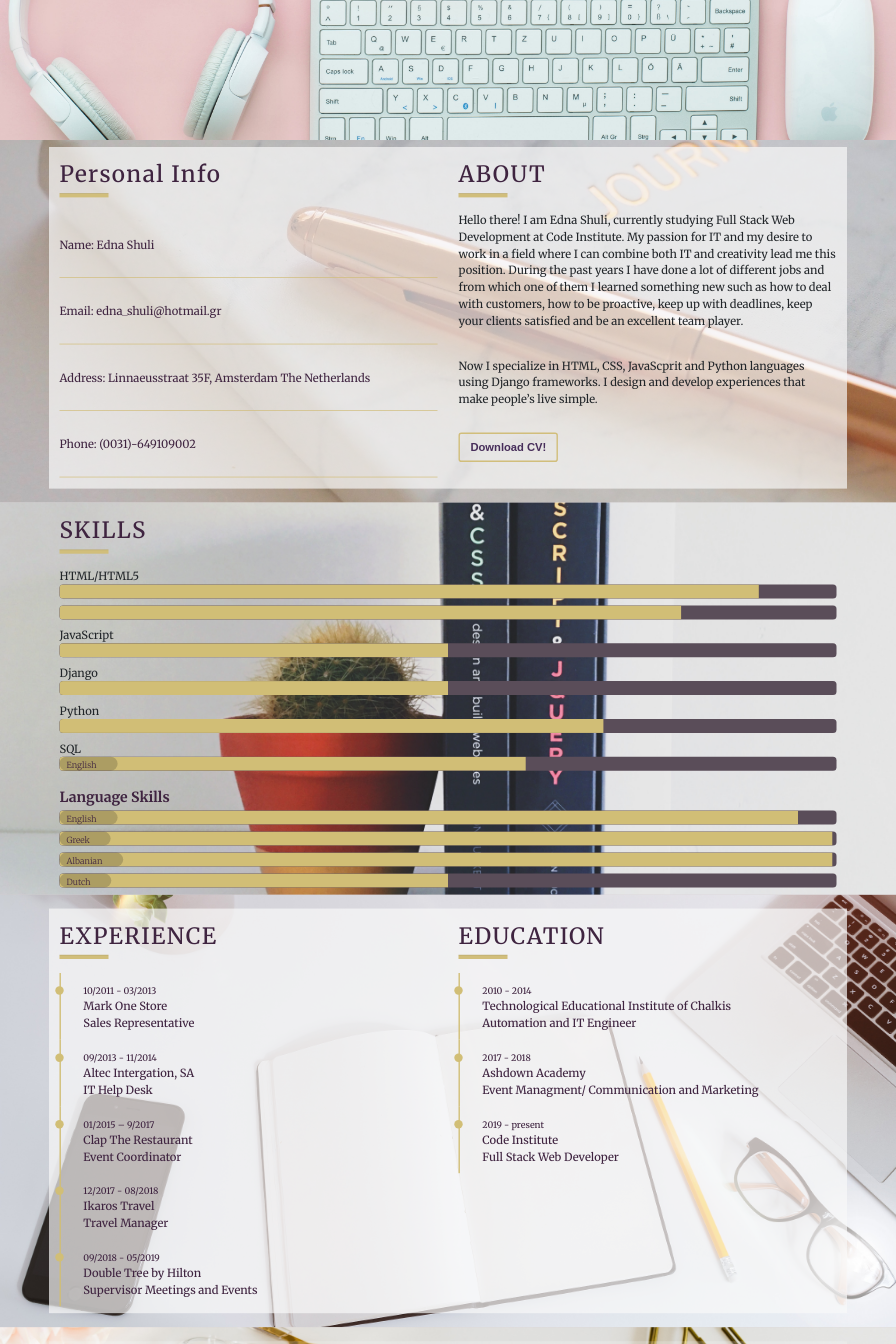
Repository: edshuli/Portfolio
Page: index.html
The author's editor kept a record of every edit. The page is drawn from the files as they stood at one moment, then again after the next edit.
The browser window is 1280 px wide. The pictures show the part of the page from y = 520 to 2440 px (the page is 3008 px tall), at 70% of full size.
Backgrounds fixed to the window are drawn as part of the page. Some web fonts or font styles are not loaded; a fallback is used.

Above is the page before.

### index.html
<!DOCTYPE html>
<html lang="en">

<head>
    <meta charset="UTF-8">
    <meta name="viewport" content="width=device-width, initial-scale=1.0">
    <meta http-equiv="X-UA-Compatible" content="ie=edge">
    <link rel="stylesheet" href="https://stackpath.bootstrapcdn.com/bootstrap/4.3.1/css/bootstrap.min.css" type="text/css" />
    <link rel="stylesheet" href="https://maxcdn.bootstrapcdn.com/font-awesome/4.7.0/css/font-awesome.min.css" type="text/css" />
    <link rel="stylesheet" href="https://cdnjs.cloudflare.com/ajax/libs/hover.css/2.3.1/css/hover-min.css" type="text/css" />
    <link rel="stylesheet" href="assets/css/style.css" type="text/css" />
    <title>Edna Shuli - Full Stack Web Developer</title>
</head>

<body>
    <!-- NAVBAR -->
    <div class="container-fluid navbar-menu">
        <div class="row">
            <div class="col-12">
                <!-- NAVBAR -->
                <nav class="navbar navbar-expand-sm fixed-top navbar-light ">
                    <a href="index.html" class="navbar-brand">Ed.Sh</a>
                    <button class="navbar-toggler" type="button" data-toggle="collapse" data-target="#menuDropdown" aria-controls="menuDropdown" aria-expanded="false" aria-label="Toggle navigation">
           <span class="navbar-toggler-icon"></span>
       </button>

                    <div id="menuDropdown" class="navbar-collapse collapse">
                        <ul class="navbar-nav mr-auto">
                            <li><a class="nav-link text-uppercase" href="#about">about</a></li>
                            <li><a class="nav-link text-uppercase" href="#skills">skills</a></li>
                            <li><a class="nav-link text-uppercase" href="#experience">experience</a></li>
                            <li><a class="nav-link text-uppercase" href="#contact">contact</a></li>
                            <li><a class="nav-link text-uppercase" target="_blank" href="assets/cv/Edna-Shuli-Curriculum-Vitae.pdf">cv</a></li>
                        </ul>
                    </div>
            </div>
        </div>
        </nav>
    </div>

    <!-- HOMEPAGE/JUMBOTRON -->

    <div class="container-fluid homepage-container ">
        <div class="row">
            <div class="col">
                <div class="jumbotron ">
                    <h1 class="header">Hi! I'm </br><span class="name">
            Edna Shuli</span></h1>
                    <p class="title">Full Stack Web Developer</p>
                </div>
            </div>
        </div>
    </div>



    <!-- ABOUT -->

    <section class="aboutme" id="about">
        <div class="container aboutme-container">
            <div class="row">
                <div class="col-md-6 personalinfo-container">
                    <div class="personal-info">
                        <h2 class="uppercase">Personal Info</h2>
                        <hr class="title-divider">
                        <ul>
                            <li>Name: Edna Shuli</li>
                            <li>Email: <a href="mailto:edna_shhuli@hotmail.gr">edna_shuli@hotmail.gr</a></li>
                            <li>Address: Linnaeusstraat 35F, Amsterdam The Netherlands</li>
                            <li>Phone: (0031)-649109002</li>
                        </ul>
                    </div>
                </div>
                <div class="col-md-6 about-container">
                    <h2 class="text-uppercase">About</h2>
                    <hr class="title-divider">
                    <div class="aboutitem">
                        <p>Hello there! I am Edna Shuli, currently studying Full Stack Web Development at Code Institute. My passion for IT and my desire to work in a field where I can combine both IT and creativity lead me this position. During the past
                            years I have done a lot of different jobs and from which one of them I learned something new such as how to deal with customers, how to be proactive, keep up with deadlines, keep your clients satisfied and be an excellent team
                            player.
                        </p>
                        </br>
                        <p>Now I specialize in HTML, CSS, JavaScprit and Python languages using Django frameworks. I design and develop experiences that make people’s live simple.

                        </p>
                    </div>
                    <a href="assets/cv/Edna-Shuli-Curriculum-Vitae.pdf" target="_blank"><button class="btn" >Download CV!</button></a>
                </div>
            </div>
        </div>
    </section>



    <!-- Skills -->

    <section class="skills" id="skills">
        <div class="container skills-container">
            <div class="row">
                <div class="col">
                    <h2 class="text-uppercase">Skills</h2>
                    <hr class="title-divider">
                </div>
            </div>
            <div class="skills-item-container">
                <div class="row ">
                    <div class="col">
                        <div class="skill-item-desc">HTML/HTML5</div>
                        <div class="progress">
                            <div class="progress-bar" role="progressbar" aria-valuenow="90" aria-valuemin="0" aria-valuemax="100" style="width:90%">
                                <span class="sr-only">90% complete</span>
                            </div>
                        </div>

                        <div class="progress">
                            <div class="progress-bar" role="progressbar" aria-valuenow="80" aria-valuemin="0" aria-valuemax="100" style="width:80%">
                                <span class="sr-only">80% complete</span>
                            </div>
                        </div>
                        <div class="skill-item-desc">JavaScript</div>
                        <div class="progress">
                            <div class="progress-bar" role="progressbar" aria-valuenow="50" aria-valuemin="0" aria-valuemax="100" style="width:50%">
                                <span class="sr-only">50% complete</span>
                            </div>
                        </div>
                        <div class="skill-item-desc">Django</div>
                        <div class="progress">
                            <div class="progress-bar" role="progressbar" aria-valuenow="50" aria-valuemin="0" aria-valuemax="100" style="width:50%">
                                <span class="sr-only">50% complete</span>
                            </div>
                        </div>
                        <div class="skill-item-desc">Python</div>
                        <div class="progress">
                            <div class="progress-bar" role="progressbar" aria-valuenow="70" aria-valuemin="0" aria-valuemax="100" style="width:70%">
                                <span class="sr-only">70% complete</span>
                            </div>
                        </div>
                        <div class="skill-item-desc">SQL</div>
                        <div class="progress">
                            <div class="progress-bar" role="progressbar" aria-valuenow="60" aria-valuemin="0" aria-valuemax="100" style="width:60%">
                                <span class="sr-only">60% complete</span>
                            </div>
                             <span class="progress-item">English</span>
                        </div>
                    </div>
                </div>
            </div>
            <div class="language-container">
                <div class="row">
                    <div class="col">
                        <h3>Language Skills</h3>
                        <div class="progress">
                            <div class="progress-bar" role="progressbar" aria-valuenow="95" aria-valuemin="0" aria-valuemax="100" style="width:95%">
                                <span class="sr-only">95% complete</span>
                            </div>
                            <span class="progress-item">English</span>
                        </div>
                        <div class="progress">
                            <div class="progress-bar" role="progressbar" aria-valuenow="99.5" aria-valuemin="0" aria-valuemax="100" style="width:99.5%">
                                <span class="sr-only">99.5% complete</span>
                            </div>
                            <span class="progress-item">Greek</span>
                        </div>

                        <div class="progress">
                            <div class="progress-bar" role="progressbar" aria-valuenow="99.5" aria-valuemin="0" aria-valuemax="100" style="width:99.5%">
                                <span class="sr-only">99.5% complete</span>
                            </div>
                            <span class="progress-item">Albanian</span>
                        </div>

                        <div class="progress">
                            <div class="progress-bar" role="progressbar" aria-valuenow="50" aria-valuemin="0" aria-valuemax="100" style="width:50%">
                                <span class="sr-only">50% complete</span>
                            </div>
                            <span class="progress-item">Dutch</span>
                        </div>
                    </div>
                </div>
            </div>
        </div>
    </section>



    <!-- Experience/Education -->

    <section class="info" id="experience">
        <div class="container container-info">
            <div class="row">
                <div class="col-md-6 experience-container">
                    <h2 class="text-uppercase history-heading">Experience</h2>
                    <hr class="title-divider">
                    <div class="history-items">
                        <div class="timeline-item" data-dates="10/2011 - 03/2013">
                            <h7>Mark One Store</h7>
                            <p>Sales Representative</p>
                        </div>
                        <div class="timeline-item" data-dates="09/2013 - 11/2014">
                            <h7>Altec Intergation, SA</h7>
                            <p>IT Help Desk</p>
                        </div>
                        <div class="timeline-item" data-dates="01/2015 – 9/2017">
                            <h7>Clap The Restaurant</h7>
                            <p>Event Coordinator</p>
                        </div>
                        <div class="timeline-item" data-dates="12/2017 - 08/2018">
                            <h7>Ikaros Travel</h7>
                            <p>Travel Manager</p>
                        </div>
                        <div class="timeline-item" data-dates="09/2018  - 05/2019">
                            <h7>Double Tree by Hilton</h7>
                            <p>Supervisor Meetings and Events</p>
                        </div>
                    </div>
                </div>
                <div class="col-md-6 education-container">
                    <h2 class="text-uppercase edu-heading">Education</h2>
                    <hr class="title-divider">
                    <div class="edu-history">
                        <div class="timeline-item" data-dates="2010 - 2014">
                            <h7>Technological Educational Institute of Chalkis </h7>
                            <p>Automation and IT Engineer</p>
                        </div>
                        <div class="timeline-item" data-dates="2017 - 2018">
                            <h7>Ashdown Academy</h7>
                            <p>Event Managment/ Communication and Marketing</p>
                        </div>
                        <div class="timeline-item" data-dates="2019 - present">
                            <h7>Code Institute</h7>
                            <p>Full Stack Web Developer</p>
                        </div>
                    </div>
                </div>
            </div>
        </div>
    </section>



    <!-- Contact -->

    <section class="contact" id="contact">
        <div class="container contact-container ">
            <div class="row contact-form">
                <div class="col position-contact">
                    <h2 class="text-uppercase">Contact</h2>
                    <hr class="title-divider">
                    <p class="contact-text">Do you want to work together? Then hurry up and send me an email!!!</p>
                    <div class="center-form">
                        <form>
                            <div class="contact-item">
                                <input type="text" name="name" id="fullname" class="form-control" placeholder="Name" required/>
                            </div>
                            <div class="contact-item">
                                <input type="text" name="phone" id="phonenumber" class="form-control" placeholder="Phone" required />
                            </div>
                            <div class="contact-item">
                                <input type="email" name="email" id="emailaddress" class="form-control" placeholder="Email" required/>
                            </div>
                            <div class="contact-item">
                                <textarea rows="5" name="projectsummary" id="projectsummary" class="form-control" placeholder="Message" required></textarea>
                            </div>
                            <div class="row text-center">
                                <div class="col">
                                    <button class="btn">READY? GO!</button>
                                </div>
                            </div>
                        </form>
                    </div>
                </div>
            </div>
        </div>
    </section>
    <!-- FOOTER -->

    <footer>
        <div class="container footer-container">
            <div class="row">
                <div class="col-xs-12 icons">
                    <a href="assets/cv/Edna-Shuli-Curriculum-Vitae.pdf" target="_blank"><i class="fa fa-download" aria-hidden="true"></i></a>
                    <a href="https://linkedin.com/in/edna-shuli-49142888" target="_blank"><i class="fa fa-linkedin" aria-hidden="true"></i></a>
                    <a href="https://github.com/edshuli" target="_blank"><i class="fa fa-github" aria-hidden="true"></i></a>
                    <a href="https://www.instagram.com/dido_edna/?hl=el" target="_blank"><i class="fa fa-instagram" aria-hidden="true"></i></a>
                </div>
            </div>
        </div>
    </footer>

    <script src="https://code.jquery.com/jquery-3.3.1.slim.min.js" integrity="sha384-q8i/X+965DzO0rT7abK41JStQIAqVgRVzpbzo5smXKp4YfRvH+8abtTE1Pi6jizo" crossorigin="anonymous"></script>
    <script src="https://cdnjs.cloudflare.com/ajax/libs/popper.js/1.14.7/umd/popper.min.js" integrity="sha384-UO2eT0CpHqdSJQ6hJty5KVphtPhzWj9WO1clHTMGa3JDZwrnQq4sF86dIHNDz0W1" crossorigin="anonymous"></script>
    <script src="https://stackpath.bootstrapcdn.com/bootstrap/4.3.1/js/bootstrap.min.js" integrity="sha384-JjSmVgyd0p3pXB1rRibZUAYoIIy6OrQ6VrjIEaFf/nJGzIxFDsf4x0xIM+B07jRM" crossorigin="anonymous"></script>
</body>


</html>

### assets/css/style.css
@import url('https://fonts.googleapis.com/css?family=Merriweather:100,200,300,400,500,600,700|Playfair+Display:100,200,300,400,500,600,700|Nanum+Gothic:100,200,300,400');

body {
    font-family: "Merriweather", sans-serif;
    background-color: rgba(169, 144, 157, 0.42);
    font-weight: 400;
}




/* ------------------------Button/Download--------------------*/

.btn {
    font: 16px "Playfair", sans-serif;
    font-weight:bold;
    color: #472e5a;
    margin: 20px 0px;
    padding: 10px 15px;
    border: 2px solid #d1be7b;
    display: inline-block;
}

/*---------------------HOMEPAGE/JUMBOTRON--------------------*/

.homepage-container {
    height: 100vh;
    background: url(../images/img-homepage.jpg) no-repeat center center fixed;
    -webkit-background-size: cover;
    -moz-background-size: cover;
    -o-background-size: cover;
    background-size: cover;

    display: flex;
    align-items: center;
    justify-content: center;
}



/*------------------------JUMBOTRON ---------------------*/

.jumbotron {
    background-color: transparent;
    margin-bottom: 0px;
    padding: 150px 700px 50px 0;
}

.header {
    color: #3e2832;
    font-size: 45px;
    font-weight: 300;
    margin-bottom: 10px;
}


.header {
    font-family: "Playfair", sans-serif;
}

span {
    font-family: "Merriweather", sans-serif;
}

.title {
    font-family: "Playfair", sans-serif;
    border-bottom-width: 1px;
    border-bottom-style: solid;
    border-bottom-color: #4f3943;
    border-top-width: 1px;
    border-top-style: solid;
    border-top-color: #4f3943;
    color: #4f3943;
    font-size: 25px;
    font-weight: 300;
    text-transform: uppercase;
    letter-spacing: 1px;
    padding: 15px 0;
}


/*---------------------------------NAVBAR ------------*/

.navbar {
    background-color: rgba(0, 0, 0, 0.55);
    overflow: hidden;
    position: fixed;

}

.navbar-menu {
    padding-left: 0;
    padding-right: 0;

}

.navbar-light .navbar-brand {
    letter-spacing: 1px;
    color: #d1be7b;
    font-size: 15px;
    font-weight: bold;
    transition: all 0.35s ease-in-out;
    -moz-transition: all 0.35s ease-in-out;
    -webkit-transition: all 0.35s ease-in-out;
    -o-transition: all 0.35s ease-in-out;

}

.navbar-light .navbar-brand:hover {
    color: #fafafa;
}

.navbar .navbar-nav a {
    font-weight: 400;
    color: #d1be7b;
    letter-spacing: 1px;
    text-decoration: none;

}

.navbar-light .navbar-nav .nav-link:hover {
    color: #fafafa;
    transition: all 0.35s ease-in-out;
    -moz-transition: all 0.35s ease-in-out;
    -webkit-transition: all 0.35s ease-in-out;
    -o-transition: all 0.35s ease-in-out;
}

.navbar-light .navbar-nav .nav-link {
    color: #d1be7b;
}


/*-----------NAVBAR - MOBILE VERSION ------------*/

.navbar-collapse {
    text-align: right;
    display: block;
}

.navbar-toggler {
    line-height: 1;
    background-color: #f8f9fa7a;
    border: 1px solid #fafaf8;
    border-radius: .25rem;
}

/*----------------------------TITLES/HEADERS----------------------------*/

h2 {
    font-family: "Merriweather", sans-serif;
    color: #3f2440;
    background-color: transparent;
    margin-top: 20px;
    letter-spacing: 2px;
}

.title-divider {
    width: 70px;
    height: 5px;
    background-color: #d1be7b;
    margin: 0 0 20px 0;
}

/*--------------------------ABOUT -------------------*/

.aboutme {
    width: 100vw;
    background: url(../images/aboutmelogo/imgabout.jpg) no-repeat center center;
    -webkit-background-size: cover;
    -moz-background-size: cover;
    -o-background-size: cover;
    background-size: cover;
    background-color: #f6f4f5;
    position: relative;

}

.personalinfo-container,
.about-container {
    background-color: rgba(250, 250, 250, 0.69);
    margin-bottom: 20px;
    margin-top: 10px;
}



a {
    text-decoration: none;
    color: #3f2440;
}

ul {
    padding: 0;
}

.personal-info ul li {
    border-bottom: 1px solid #d1be7b;
    padding: 35px 0;
    list-style: none;
    color: #3f2440;

}




/*--------------------------------------SKILLS --------*/

.skills {
    width: 100vw;
    background: url(../images/skillslogo/image-skills.jpg) no-repeat center center;
    -webkit-background-size: cover;
    -moz-background-size: cover;
    -o-background-size: cover;
    background-size: cover;
    position: relative;
}


.skills-item-container {
    margin-top: 0;
    margin-bottom: 15px;
}



.progress {
    background-color: rgb(90, 77, 89);
    border-radius: 5px;
    margin-bottom: 10px;
    height: 20px;
}

.progress-bar {
    background-color: #d1be76;
}

.progress-item {
    position: absolute;
    font-weight: 200;
    padding: 3px 30px 2px 10px;
    color: #3f2440;
    background-color: rgba(25, 25, 25, 0.2);
    border-radius: 10px;
    height: 20px;
}


h3 {
    font-size: 20px;
    font-weight: bold;
    color: #3f2440;
}

/*-------------------- EXPERIENCE-EDUCATION---------------*/

.info {
    width: 100vw;
    background: url(../images/experience-logo/expimg.jpg) no-repeat center center;
    -webkit-background-size: cover;
    -moz-background-size: cover;
    -o-background-size: cover;
    background-size: cover;

}

.experience-container,
.education-container {
    background-color: rgba(250, 250, 250, 0.69);
    padding-bottom: 10px;
    margin-top: 20px;
    margin-bottom: 20px;

}



.timeline-item {
    padding: 1em 2em 0em 2em;
    position: relative;
    color: #3f2440;
    font-weight: 500;
    border-left: 2px solid #d1be76;
}

.timeline-item p {
    padding: 0;
    margin: 0;
}

.timeline-item:before {
    content: attr(data-dates);
    left: 2.5em;
    top: 3em;
    display: block;
    font-weight: 500;
    font-size: 0.8em;
    padding: 0;
    margin: 0;
}

.timeline-item:after {
    width: 12px;
    height: 12px;
    display: block;
    top: -4em;
    right: 2.5em;
    position: relative;
    border-radius: 50%;
    content: '';
    background: #d1be76;
}

/*---------------------CONCTACT-----------------*/

.contact {
    width: 100vw;
    background: url(../images/contact-logo/contact-img.jpg) no-repeat center center;
    -webkit-background-size: cover;
    -moz-background-size: cover;
    -o-background-size: cover;
    background-size: cover;

}

.position-contact {
    background-color: #fafafa36;
    margin-top: 20px;
    margin-bottom: 20px;
}


.contact-text {
    color: #3f2440;
}

.contact-item {
    background-color: rgba(255, 255, 255, 0.5);
    border: 1px solid #d1be76;
    border-radius: .50em;
    margin-bottom: 5px;
}

/*-------------------FOOTER----------------------*/

footer {

    margin: 0;
    background-color: rgba(250, 250, 250, 0.28);
    border-color: transparent;
}

i {
    display: inline-block;
    text-align: center;
    font-size: 18px;
    width: 41px;
    height: 41px;
    border-radius: 50%;
    padding-top: 12.5px;
    background-color: #d1be7b;
    margin: 10px 0 10px 10px;
}

i:hover {
    color: #564F6F;

}

/*------------------ MEDIA QUERRIES--------------*/


/*------------------ HOMEPAGE ------------------*/

@media (max-width: 575px) {

    .container-fluid {
        font-size: 10px;
    }

    .jumbotron {
        background-color: transparent;
        margin-bottom: 0px;
        padding: 5px 0px 100px 0;
    }

    .navbar-toggler {
        line-height: 1;
        background-color: #f8f9fa7a;
        border: 1px solid #fafaf8;
        border-radius: 0.1rem;
    }

    .header {
        font-size: 30px;
        font-weight: 300;
    }

    .title {
        font-size: 15px;
    }
}

@media (min-width: 576px) and (max-width:768px) {

    .jumbotron {
        background-color: transparent;
        margin-bottom: 0px;
        padding: 5px 0px 100px 0;
    }
}

@media (max-width: 768px) {
    .info {
        background-image: none;
    }
}

/*------------------ SKILLS    ------------------*/

@media (max-width: 320px) {
    h2 {
        font-size: 20px;
    }

    .skill-item-desc {
        font-weight: bold;

    }

    .progress-item {
        font-weight: bold;
    }


}

@media (max-width: 767px) {
    .skills {
        background-image: none;
        background-color: rgba(250, 250, 250, 0.69);
    }

    .personalinfo-container {
        margin-bottom: 0px;
        margin-top: 10px;
    }

    .about-container {
        margin-bottom: 20px;
        margin-top: 0px;
    }

    .experience-container {
        padding-bottom: 10px;
        margin-top: 20px;
        margin-bottom: 0px;

    }

    .education-container {
        padding-bottom: 10px;
        margin-top: 0px;
        margin-bottom: 20px;

    }


    .contact {
        background-image: none;
    }

}

After the next edit:
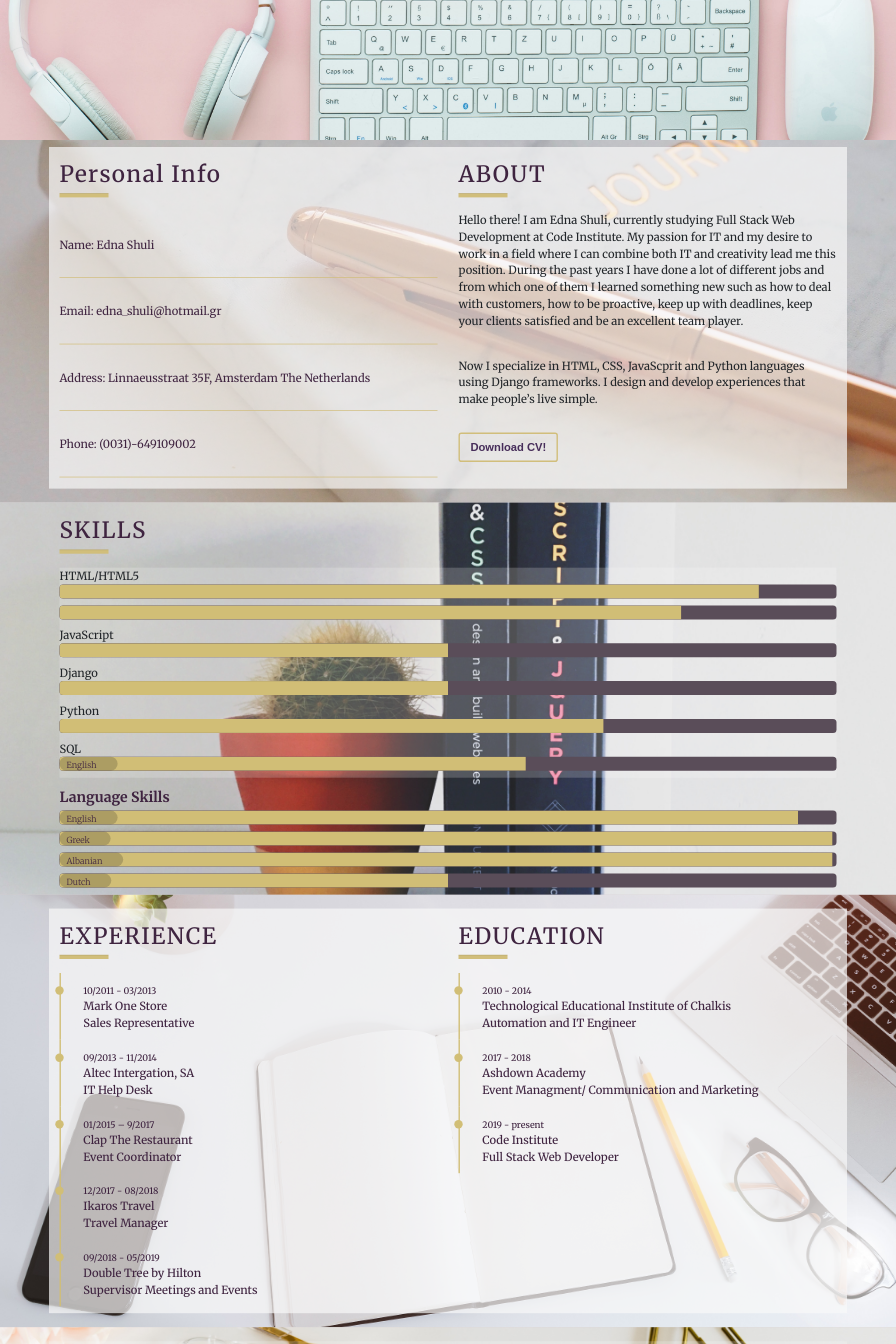
The edit:
--- a/assets/css/style.css
+++ b/assets/css/style.css
@@ -221,6 +221,7 @@
 .skills-item-container {
     margin-top: 0;
     margin-bottom: 15px;
+    background-color: #fafafa33;
 }
 
 
